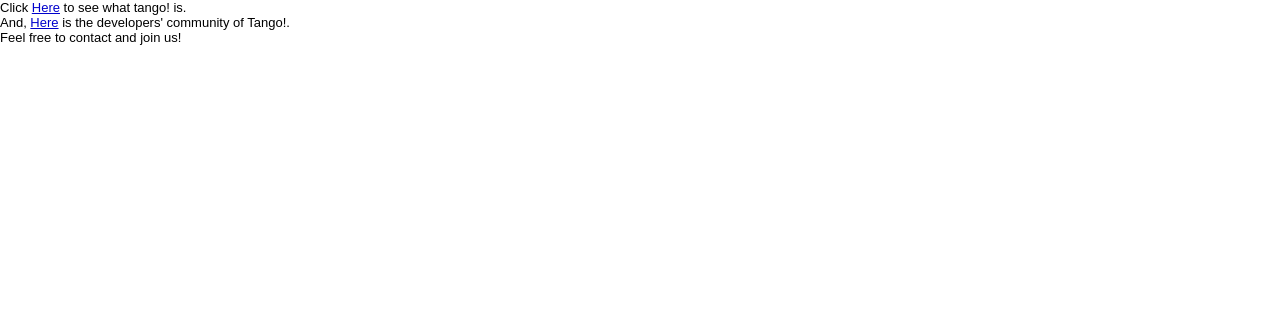
Repository: yasulab/tango
Page: tango/tango-eclipse-workplace/Tango/Tango/build/classes/tango/public/Tango.html
The author's editor kept a copy of each file at every save. The page is drawn from the files as they stood at one save, then again after the next save.
The browser window is 1280 px wide. The page is 1280 px wide, then 1282 px, then 1280 px, so the pictures cover 1282 px, including what lies to the right of the window. The pictures show the whole page.

Above is the page before, as saved 2009-02-15 05:21:46.

After the next save:
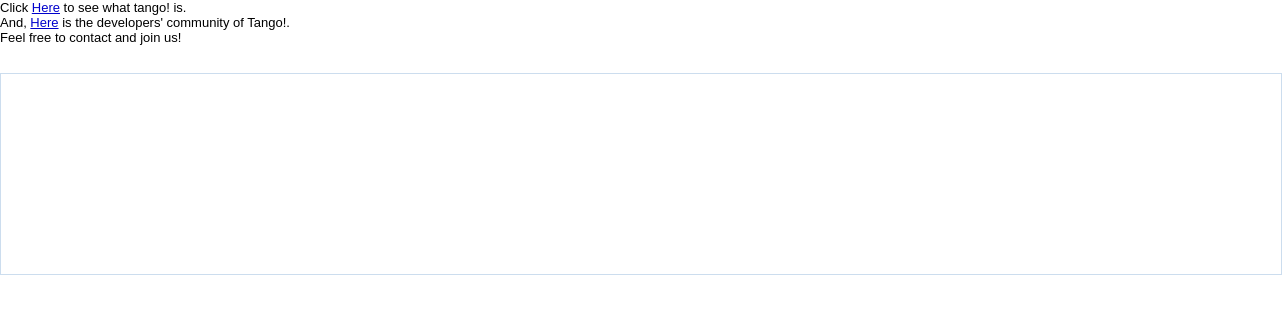
Saved 6 s later.
--- a/tango/tango-eclipse-workplace/Tango/Tango/build/classes/tango/public/Tango.html
+++ b/tango/tango-eclipse-workplace/Tango/Tango/build/classes/tango/public/Tango.html
@@ -38,7 +38,7 @@
 		<iframe src="javascript:''" id="__gwt_historyFrame" style="width:0;height:0;border:0"></iframe>
 
    		<script type="text/javascript" language="javascript" src="tango.Tango.nocache.js"></script>
-
+   		<div id="messengerView" style="width:100%;height:200px;border:1px solid #cde;overflow:auto;"></div>
 
 	</body>
 </html>

After the save that followed:
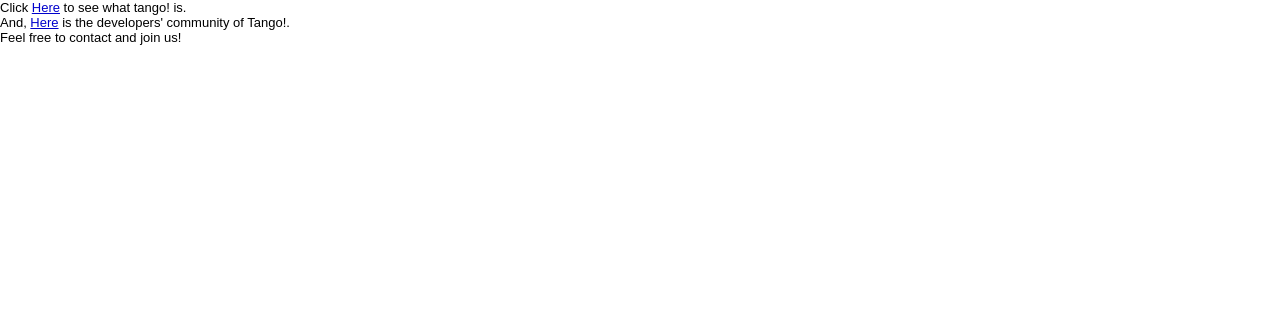
Saved 3 min 38 s later.
--- a/tango/tango-eclipse-workplace/Tango/Tango/build/classes/tango/public/Tango.html
+++ b/tango/tango-eclipse-workplace/Tango/Tango/build/classes/tango/public/Tango.html
@@ -38,7 +38,6 @@
 		<iframe src="javascript:''" id="__gwt_historyFrame" style="width:0;height:0;border:0"></iframe>
 
    		<script type="text/javascript" language="javascript" src="tango.Tango.nocache.js"></script>
-   		<div id="messengerView" style="width:100%;height:200px;border:1px solid #cde;overflow:auto;"></div>
 
 	</body>
 </html>
